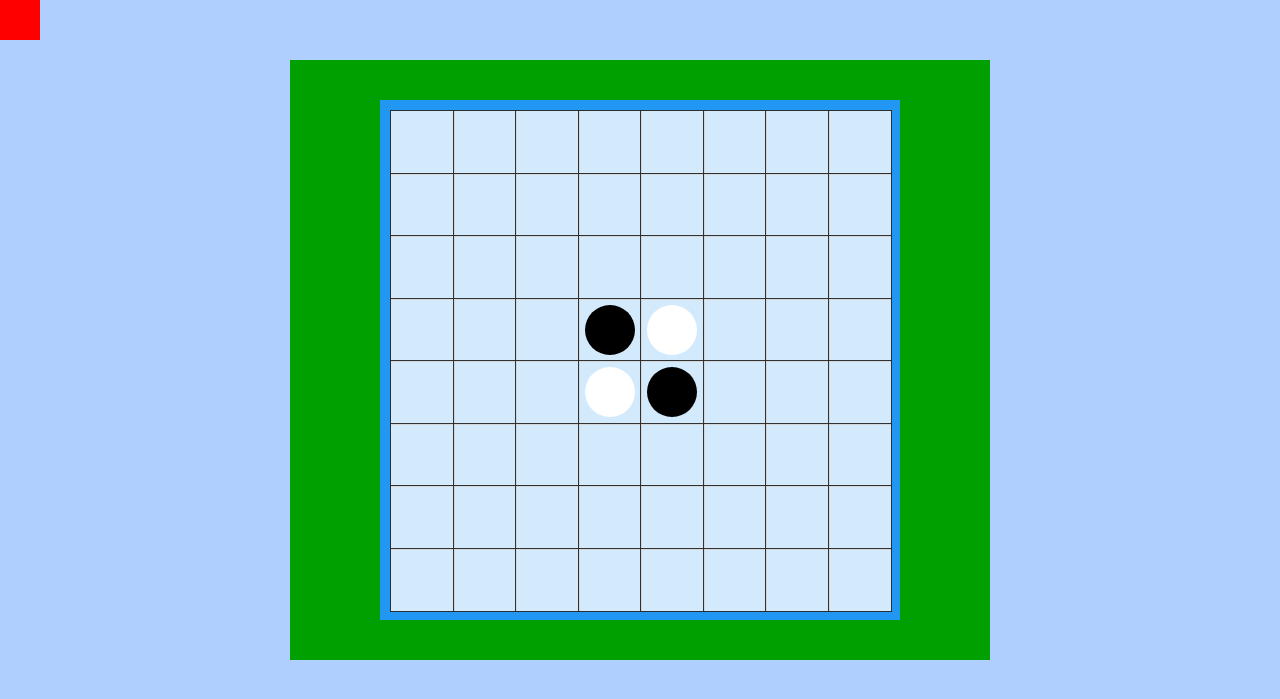
Repository: eliaoucohen72/react-reversi
Page: /
These files come from the project's save history. The page is drawn as it stood at one moment and after a run of saves; the edit follows.
The browser window is 1280 px wide. The pictures show the whole page.
The project was rebuilt for these pictures with package versions that can differ from the ones it lists, and the page was loaded fresh each time. Also part of the build but not shown: vite.config.ts.

Above is the page before, as saved 2024-09-05 16:04:06.

After the next 2 saves:
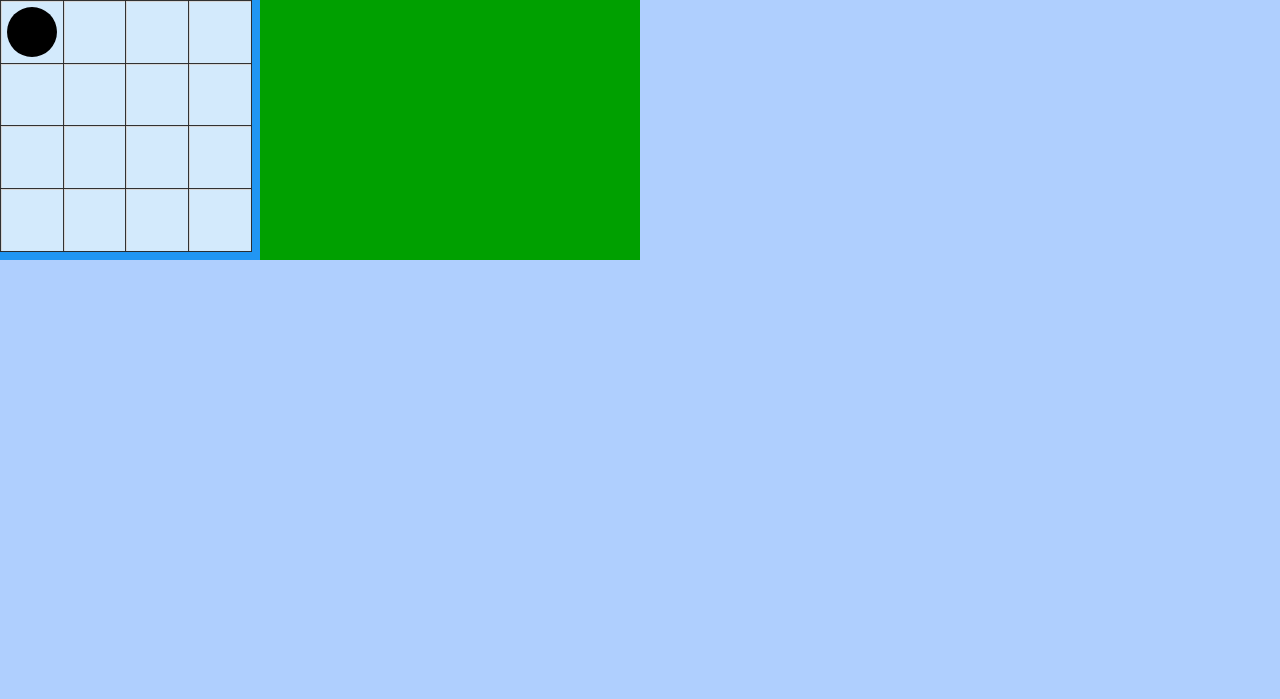
The 2 saves are shown as one change because they came seconds apart.
The last was saved 10 s later.
--- a/src/App.css
+++ b/src/App.css
@@ -6,15 +6,15 @@
 }
 
 .player {
+  position: absolute;
+  width: 700px;
+  height: 600px;
   top: 50%;
   left: 50%;
   transform: translate(-50%, -50%);
 }
 
 .subWrapper {
-  position: absolute;
-  width: 700px;
-  height: 600px;
   background-color: #00a000;
   top: 50%;
   left: 50%;
